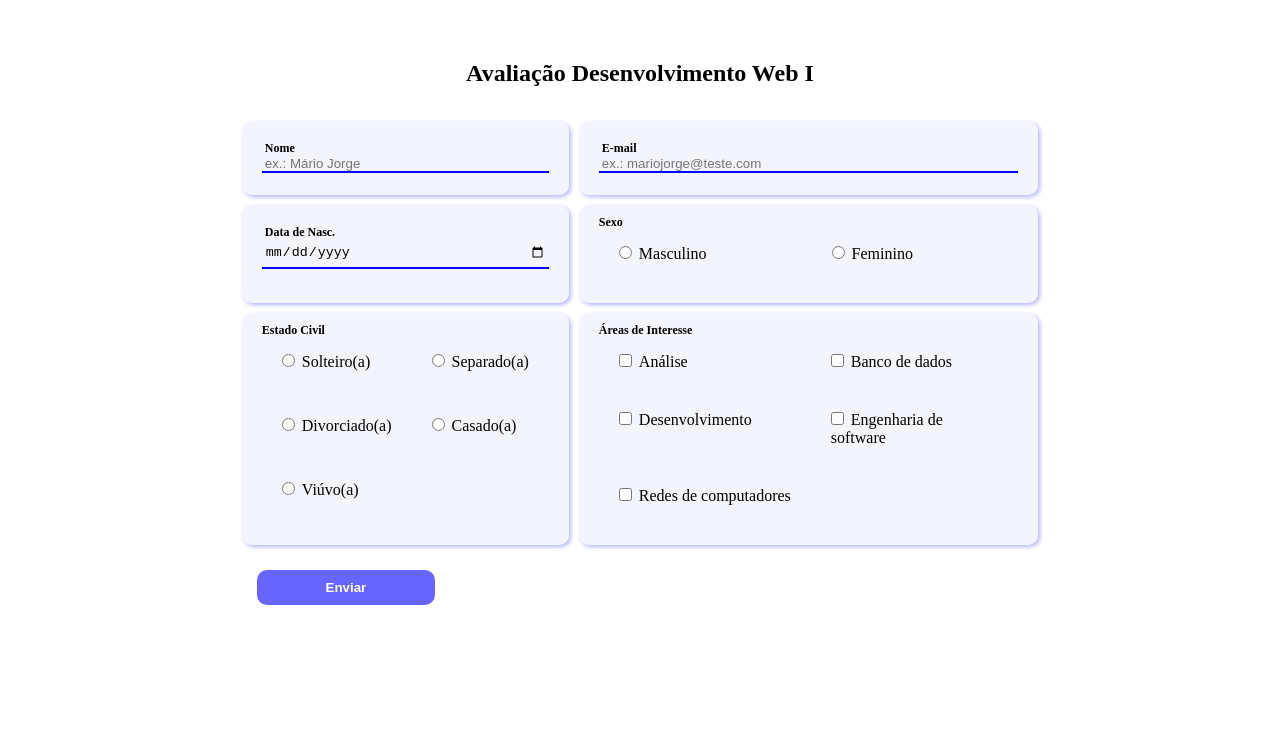
Repository: mjRibeiroTriscal/UVA_Projects
Page: Proj_A1_AVA2_2020_1/index.html
The author's editor kept a copy of each file at every save. The page is drawn from the files as they stood at one save, then again after the next save.
The browser window is 1280 px wide. The pictures show the whole page.

Above is the page before, as saved 2020-03-13 14:48:12.

### Proj_A1_AVA2_2020_1/index.html
<!--
*   @project     A1_AVA2_UVA_2020_1
*   @author      Mário Jorge (mariojgmaster@yahoo.com.br)
*   @Git         MJRibeiroTriscal (https://github.com/mjRibeiroTriscal)
-->

<html>

<head>
    <meta charset="UTF-8">
    <title>Tell Me About You</title>
    <!-- <link rel="icon" href="./favicon.png" sizes="16x16 32x32" type="image/png"> -->
    <script src="./script.js"></script>
    <link rel="stylesheet" href="./style.css" />
</head>

<body>
    <div id="container">

        <header style="position:absolute;top:60px">

            <h2>Avaliação Desenvolvimento Web I</h2>

        </header>

        <section>

            <form class="gridContainer" name="formUva" action="http://google.co">

                <div class="gridItem blockContainer">
                    <label for="nome" class="labelFirst">Nome</label>
                    <input id="nome" type="text" name="nome" placeholder="ex.: Mário Jorge" />
                </div>
                <div class="gridItem blockContainer">
                    <label for="email" class="labelFirst">E-mail</label>
                    <input id="email" type="text" name="email" placeholder="ex.: mariojorge@teste.com" />
                </div>

                <div class="gridItem blockContainer">
                    <label for="dataNasc" class="labelFirst">Data de Nasc.</label>
                    <input id="dataNasc" type="date" name="dataNasc" />
                </div>

                <div class="gridItem gridContainer blockContainer">
                    <h3 style="position:absolute;margin-top:-10px;">Sexo</h3>
                    <div class="gridItem">
                        <input id="masc" type="radio" name="masc" />
                        <label for="masc">Masculino</label>
                    </div>
                    <div class="gridItem">
                        <input id="fem" type="radio" name="fem" />
                        <label for="fem">Feminino</label>
                    </div>
                </div>

                <div class="gridItem gridContainer blockContainer">
                    <h3 style="position:absolute;margin-top:-10px;">Estado Civil</h3>
                    <div class="gridItem">
                        <input id="solteiro" type="radio" name="estCivil" />
                        <label for="solteiro">Solteiro(a)</label>
                    </div>
                    <div class="gridItem">
                        <input id="separado" type="radio" name="estCivil" />
                        <label for="separado">Separado(a)</label>
                    </div>
                    <div class="gridItem">
                        <input id="divorciado" type="radio" name="estCivil" />
                        <label for="divorciado">Divorciado(a)</label>
                    </div>
                    <div class="gridItem">
                        <input id="casado" type="radio" name="estCivil" />
                        <label for="casado">Casado(a)</label>
                    </div>
                    <div class="gridItem">
                        <input id="viuvo" type="radio" name="estCivil" />
                        <label for="viuvo">Viúvo(a)</label>
                    </div>
                </div>

                <div class="gridItem gridContainer blockContainer">
                    <h3 style="position:absolute;margin-top:-10px;">Áreas de Interesse</h3>
                    <div class="gridItem">
                        <input id="analise" type="checkbox" name="analise" />
                        <label for="analise">Análise</label>
                    </div>
                    <div class="gridItem">
                        <input id="bancoDados" type="checkbox" name="bancoDados" />
                        <label for="bancoDados">Banco de dados</label>
                    </div>
                    <div class="gridItem">
                        <input id="desenvolvimento" type="checkbox" name="desenvolvimento" />
                        <label for="desenvolvimento">Desenvolvimento</label>
                    </div>
                    <div class="gridItem">
                        <input id="engenhariaSoftware" type="checkbox" name="engenhariaSoftware" />
                        <label for="engenhariaSoftware">Engenharia de software</label>
                    </div>
                    <div class="gridItem">
                        <input id="redesComputadores" type="checkbox" name="redesComputadores" />
                        <label for="redesComputadores">Redes de computadores</label>
                    </div>
                </div>

                <div class="gridItem itemFlex">
                    <input type="submit" value="Enviar">
                </div>

            </form>

        </section>

        <footer>

        </footer>

</body>

</html>

### Proj_A1_AVA2_2020_1/script.js
/*
 *   @project     A1_AVA2_UVA_2020_1
 *   @author      Mário Jorge (mariojgmaster@yahoo.com.br)
 *   @Git         MJRibeiroTriscal (https://github.com/mjRibeiroTriscal)
 */

### Proj_A1_AVA2_2020_1/style.css
/*
 *   @project     A1_AVA2_UVA_2020_1
 *   @author      Mário Jorge (mariojgmaster@yahoo.com.br)
 *   @Git         MJRibeiroTriscal (https://github.com/mjRibeiroTriscal)
 */

* {
    margin: 0px;
    padding: 0px;
}

html,
body {
    width: 100%;
    height: 100%;
}

#container {
    padding: 10px;
    display: flex;
    align-items: center;
    justify-content: center;
    height: 100%;
}

section {
    width: 80%;
    display: flex;
    align-items: center;
    justify-content: center;
}

section form.gridContainer {
    width: 80%;
}

label.labelFirst,
h3 {
    font-size: 12px;
    font-weight: 700;
}

label {
    margin-left: 3px;
}

input {
    border: none;
    outline: none;
    box-shadow: 0;
}

input[type=text],
input[type=date] {
    width: 100%;
    height: 50%;
    padding: 1px 3px;
    border-bottom: 2px solid Blue;
    background: none;
}

input[type=submit] {
    width: 60%;
    height: 100%;
    padding: 10px;
    color: #FFF;
    font-weight: bold;
    background-color: rgba(0, 0, 255, 0.6);
    border-radius: 10px;
}

input[type=submit]:active {
    background-color: rgba(0, 0, 255, 0.9);
}

.gridContainer {
    display: grid;
    /* border: 1px solid red; */
    grid-template-columns: auto auto;
}

.gridItem {
    padding: 20px;
}

.blockContainer {
    margin: 5px;
    border-radius: 10px;
    background-color: rgba(240, 240, 255, 0.7);
    box-shadow: 2px 2px 4px rgba(0, 0, 255, 0.1), 2px 2px 4px rgba(0, 0, 255, 0.2);
}

After the next save:
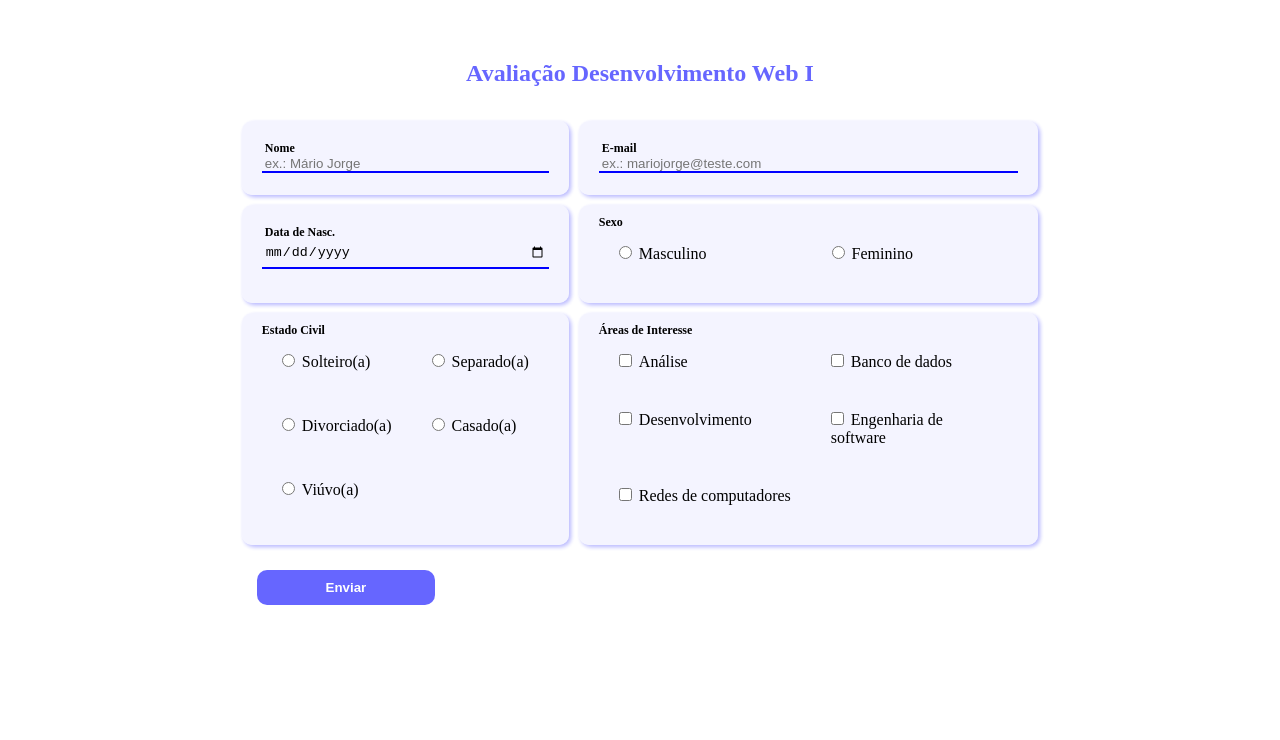
Saved 41 s later.
--- a/Proj_A1_AVA2_2020_1/style.css
+++ b/Proj_A1_AVA2_2020_1/style.css
@@ -21,6 +21,10 @@ body {
     align-items: center;
     justify-content: center;
     height: 100%;
+}
+
+header h2 {
+    color: rgba(0, 0, 255, 0.6)
 }
 
 section {
